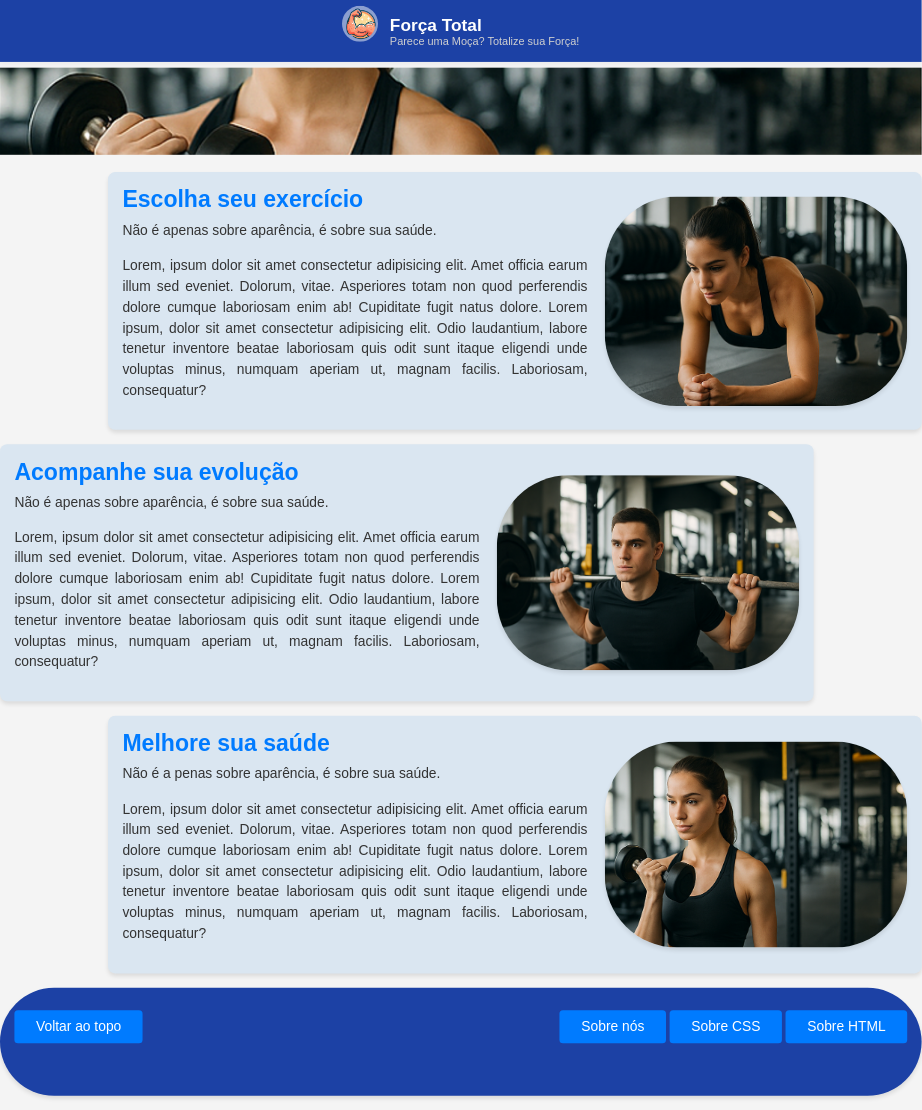
Repository: LuidyOn/Site_Forca_Total
Page: ForçaTotal/index.html
These files come from the project's save history. The page is drawn as it stood at one moment and after a run of saves; the edit follows.
The browser window is 1280 px wide. The pictures show the whole page, at 72% of full size.

Above is the page before, as saved 2025-05-19 14:05:12.
Not found: ForçaTotal/js/script.js

After the next 2 saves:
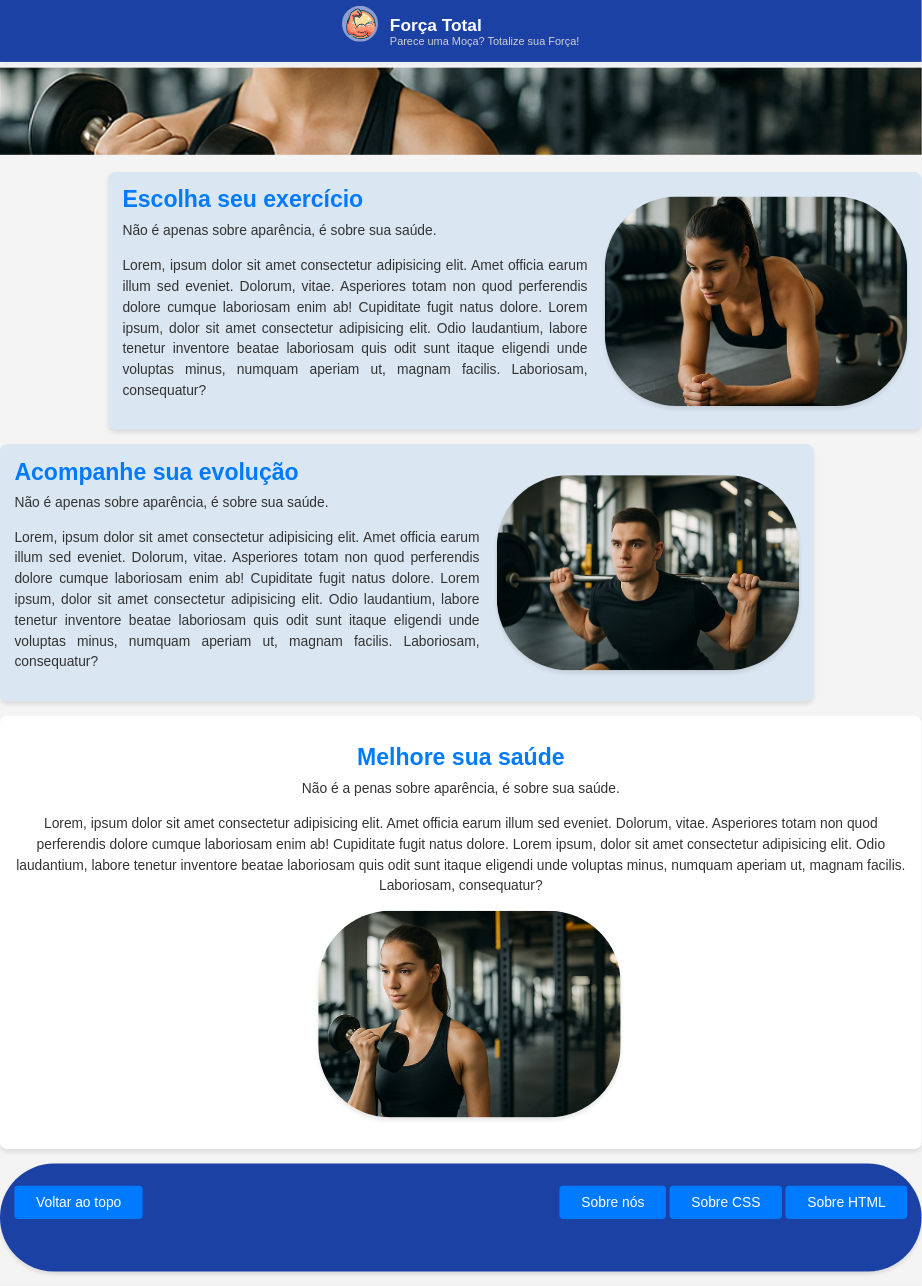
The 2 saves are shown as one change because they came seconds apart.
The last was saved 49 s later.
--- a/ForçaTotal/index.html
+++ b/ForçaTotal/index.html
@@ -38,7 +38,7 @@
         <img src="img/agachamento.png" alt="Exercício" style="width: 420px; height: auto; border-radius: 100px; margin-left: 24px;">
     </section>
 
-    <section class="variante" style="background-color: #dae6f1; padding: 20px; text-align: justify; margin-left: 150px; display: flex; align-items: center; justify-content: space-between;">
+    <section class="variante">
         <div style="flex: 1;">
             <h2>Melhore sua saúde</h2>
             <p>Não é a penas sobre aparência, é sobre sua saúde.</p>
